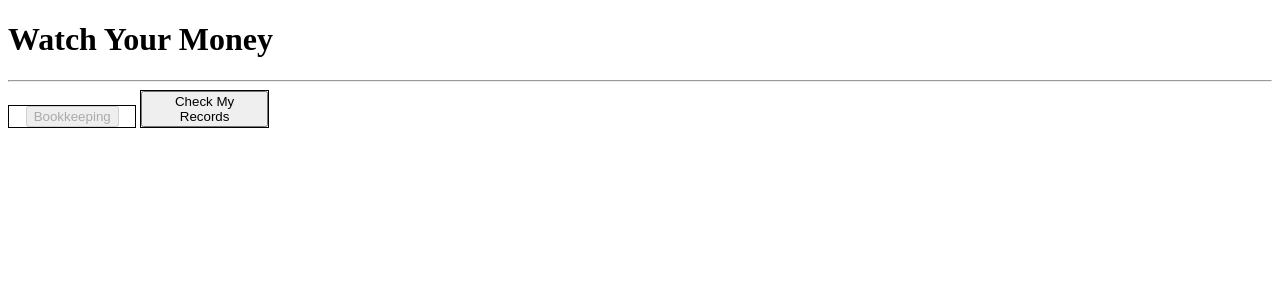
Repository: chelsea9869/Hackathon-TNT
Page: http://localhost/app/watch_your_money.php
These files come from the project's save history. The page is drawn as it stood at one moment and after a run of saves; the edit follows.
The browser window is 1280 px wide. The pictures show the whole page.
The page is run by PHP 8.4 with error messages shown; the project is at /var/www/html/.

Above is the page before, as saved 2020-09-05 10:58:02.

### app/watch_your_money.php
<!DOCTYPE html>
<html lang="en">
<head>
    <meta charset="UTF-8">
    <meta name="viewport" content="width=device-width, initial-scale=1.0">
    <title>Watch Your Money</title>
</head>
<body>
    <h1>Watch Your Money</h1>
    <hr>
    <div name='function' style="width:100%">
        <div id='bookkeeping' style="width:10%;text-align:center;display:inline-table;border:1px solid">
            <button disabled="disabled">Bookkeeping</button>
        </div>
        <div id='check_records' style="width:10%;display:inline-table;text-align:center;border:1px solid">
            <button>Check My Records</button>
        </div>
    </div>
</body>
</html>

After the next 3 saves:
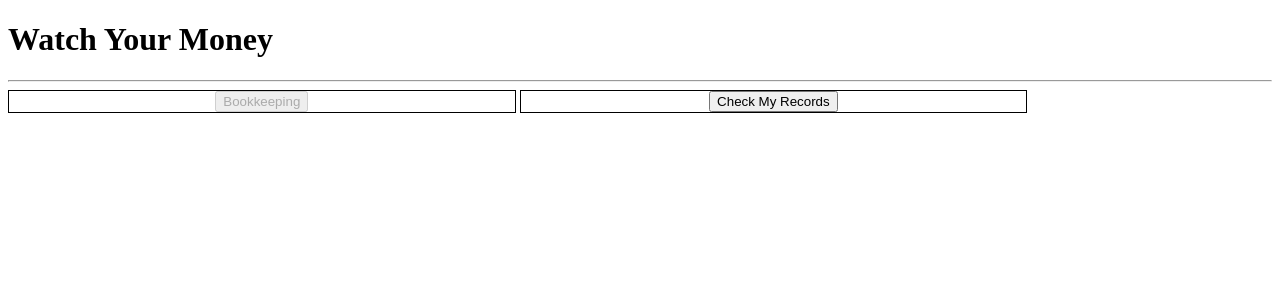
The 3 saves are shown as one change because they came seconds apart.
The last was saved 13 s later.
--- a/app/watch_your_money.php
+++ b/app/watch_your_money.php
@@ -9,10 +9,10 @@
     <h1>Watch Your Money</h1>
     <hr>
     <div name='function' style="width:100%">
-        <div id='bookkeeping' style="width:10%;text-align:center;display:inline-table;border:1px solid">
+        <div id='bookkeeping' style="width:40%;text-align:center;display:inline-table;border:1px solid">
             <button disabled="disabled">Bookkeeping</button>
         </div>
-        <div id='check_records' style="width:10%;display:inline-table;text-align:center;border:1px solid">
+        <div id='check_records' style="width:40%;display:inline-table;text-align:center;border:1px solid">
             <button>Check My Records</button>
         </div>
     </div>
